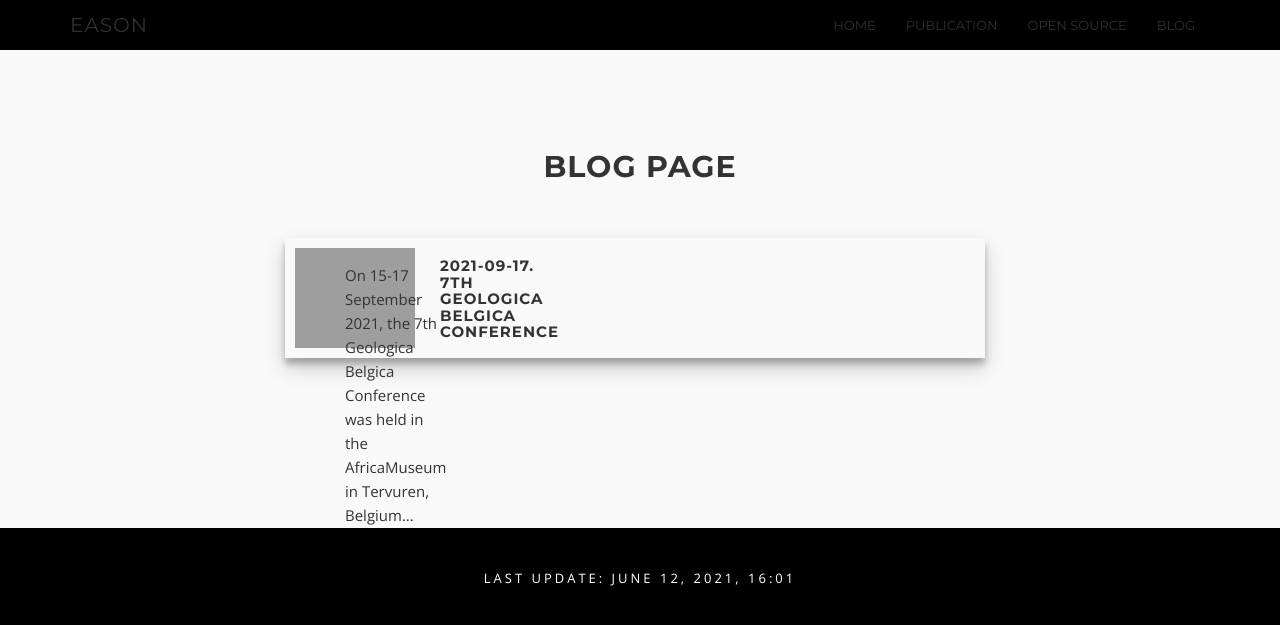
Repository: eazzzon/eazzzon.github.io
Page: blog.html
These files come from the project's save history. The page is drawn as it stood at one moment and after the next save; the edit follows.
The browser window is 1280 px wide. The pictures show the whole page.
Pictures or frames that could not be fetched are drawn as grey boxes.

Above is the page before, as saved 2021-09-18 13:28:19.

After the next save:
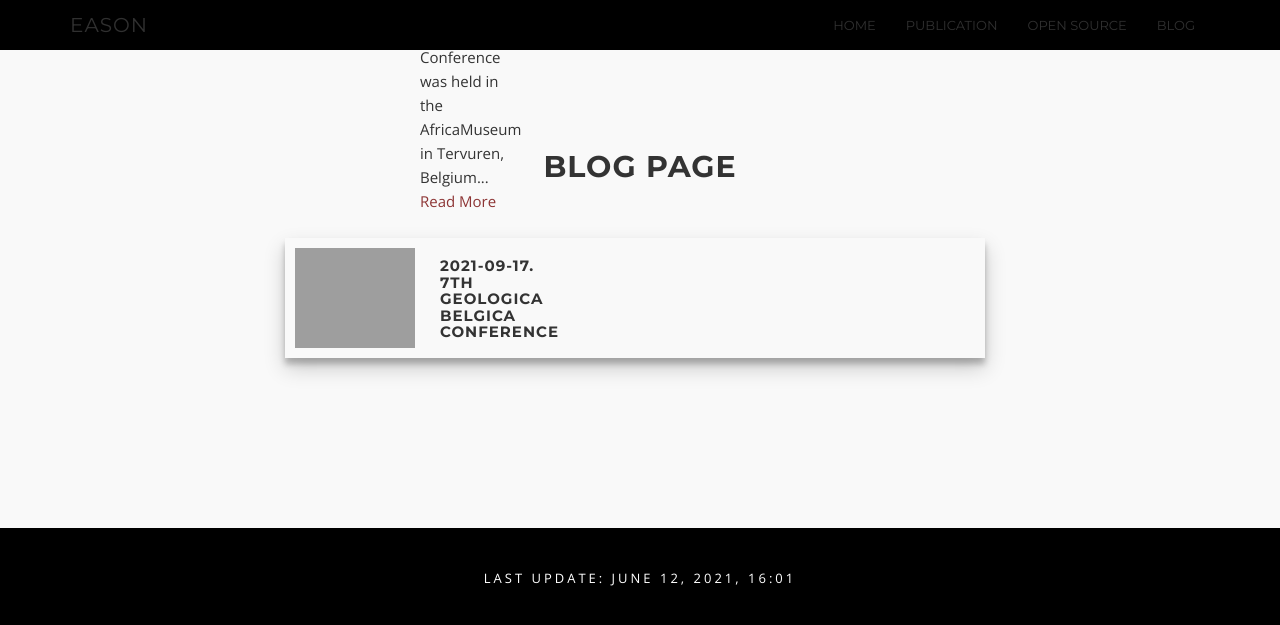
Saved 6 s later.
--- a/css/theme.css
+++ b/css/theme.css
@@ -456,5 +456,6 @@
 	margin: 0px;
 	font-size: 15px;
 	position: absolute;
-	left: 25px;
+	bottom: 100px;
+	left: 100px;
   }

After the save that followed:
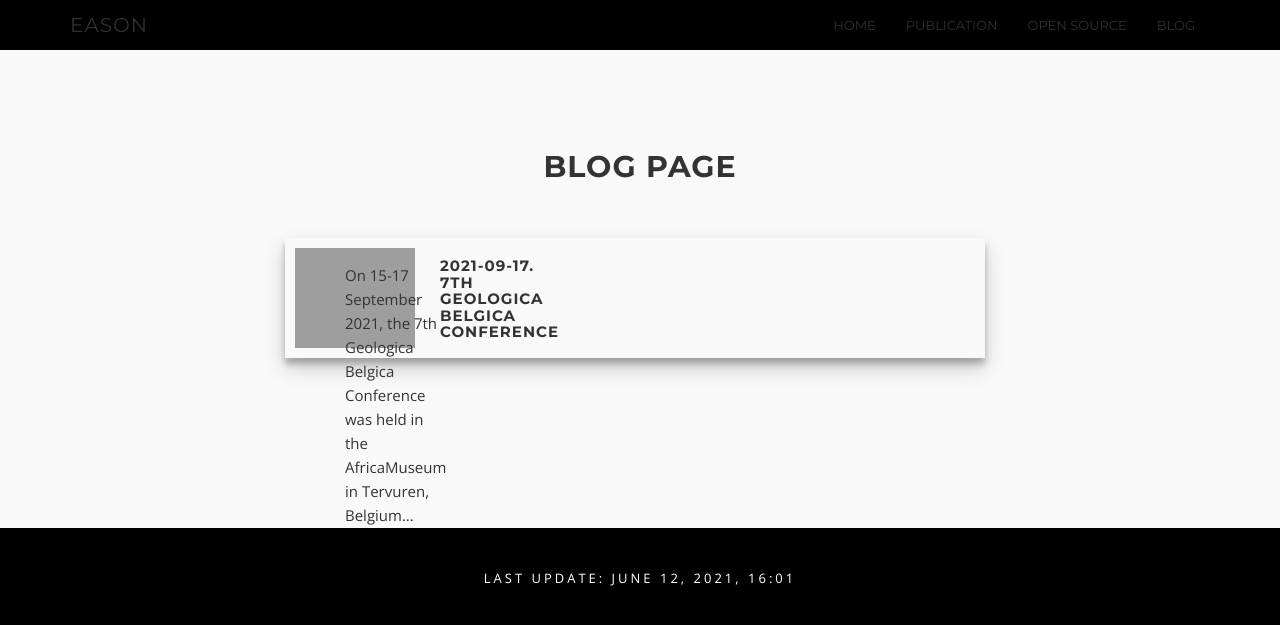
Saved 9 s later.
--- a/css/theme.css
+++ b/css/theme.css
@@ -456,6 +456,5 @@
 	margin: 0px;
 	font-size: 15px;
 	position: absolute;
-	bottom: 100px;
-	left: 100px;
+	left: 25px;
   }
